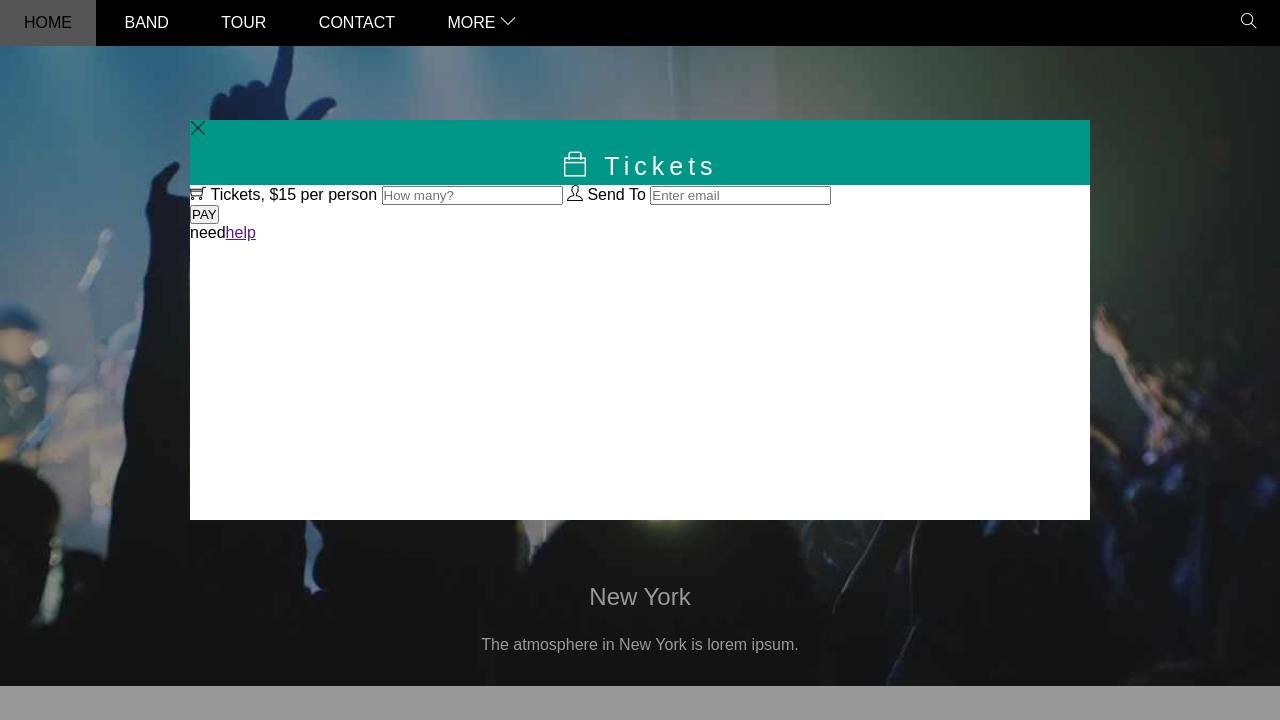
Repository: tung1233hhhhhhhhhhhhh/Website
Page: w3_band/index.html
The author's editor kept a copy of each file at every save. The page is drawn from the files as they stood at one save, then again after the next save.
The browser window is 1280 px wide. The pictures show the window.
A layer covers the whole window, so only the first screen is drawn.

Above is the page before, as saved 2023-02-18 21:25:46.

After the next save:
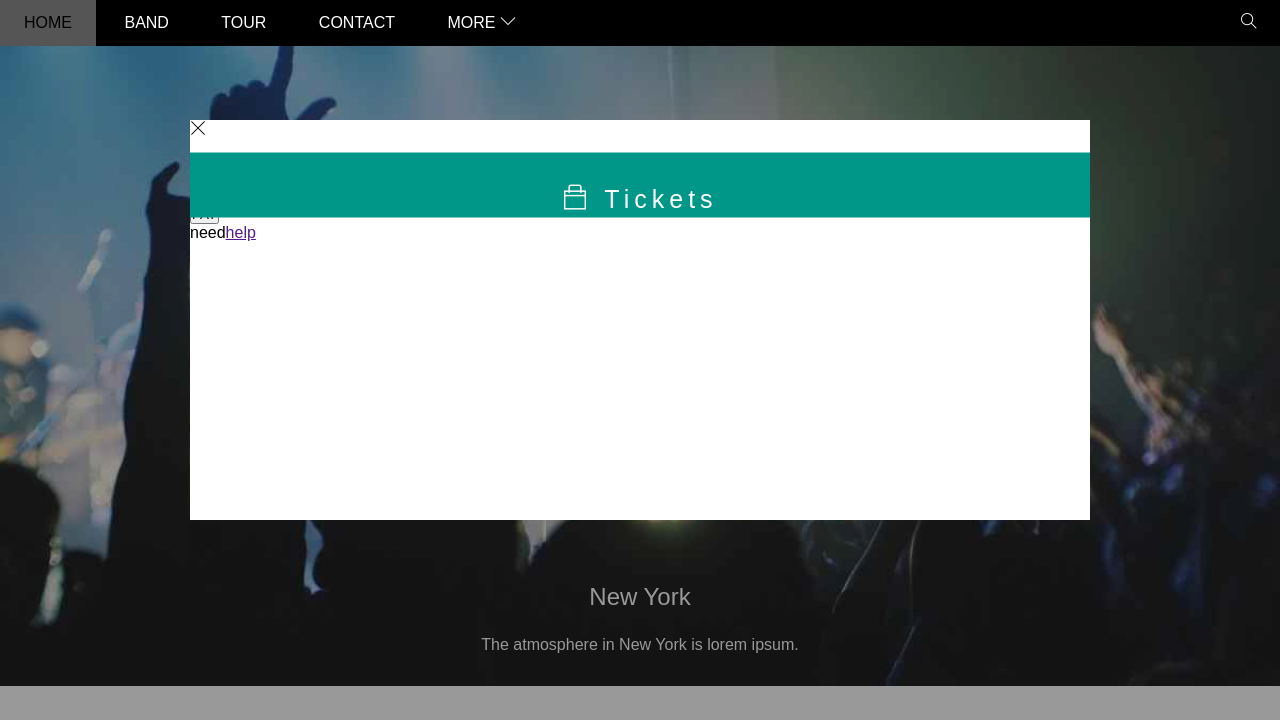
Saved 6 s later.
--- a/w3_band/assets/css/style.css
+++ b/w3_band/assets/css/style.css
@@ -406,6 +406,6 @@
     color: #FFF;
     letter-spacing: 5px;
     text-align: center;
-
-
-}
+    transform: translateY(50%);
+
+}

After the save that followed:
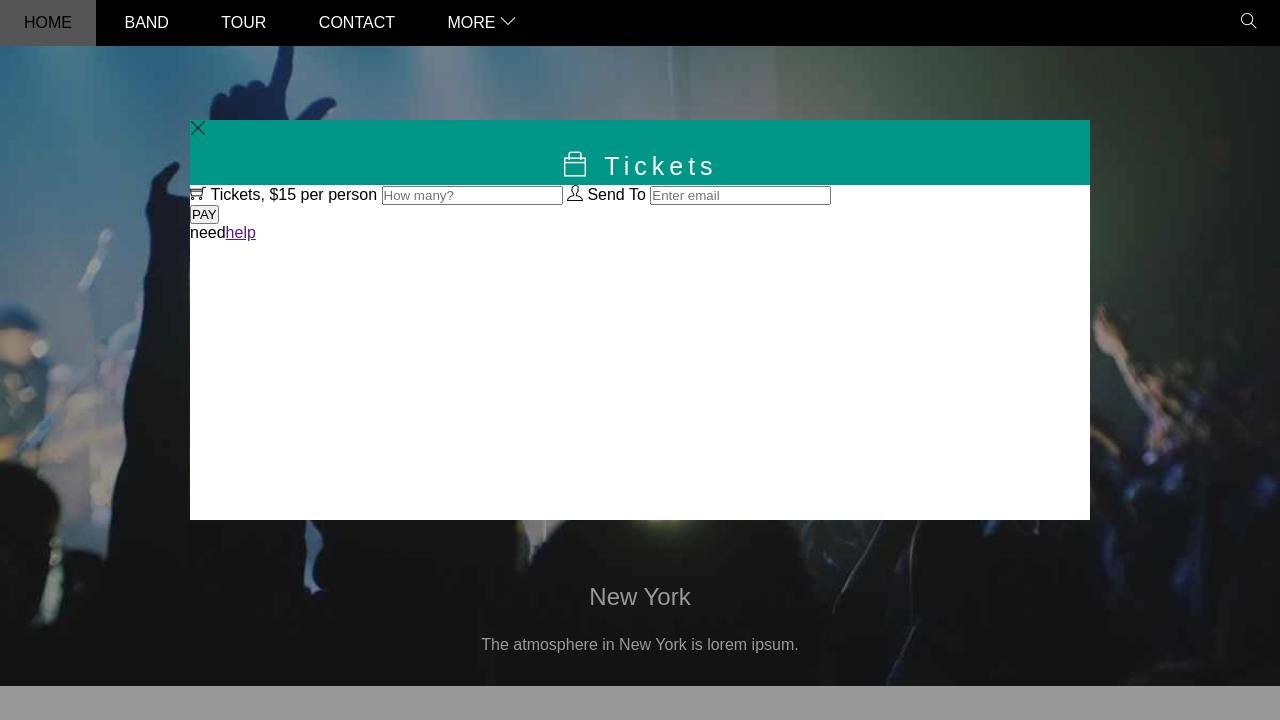
Saved 8 s later.
--- a/w3_band/assets/css/style.css
+++ b/w3_band/assets/css/style.css
@@ -406,6 +406,6 @@
     color: #FFF;
     letter-spacing: 5px;
     text-align: center;
-    transform: translateY(50%);
-
-}
+    /* transform: translateY(50%); */
+
+}
